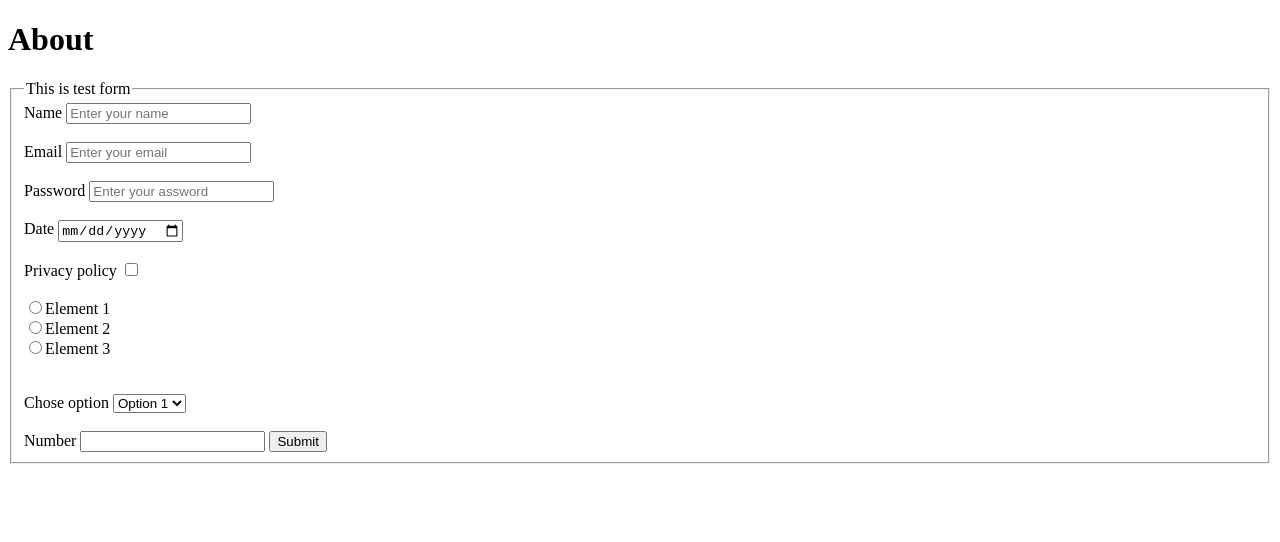
Repository: fisikusari/test-repo
Page: about.html
The author's editor kept a copy of each file at every save. The page is drawn from the files as they stood at one save, then again after a run of saves.
The browser window is 1280 px wide. The pictures show the whole page.

Above is the page before, as saved 2021-11-11 19:42:25.

### about.html
<!DOCTYPE html>
<html lang="en">

<head>
  <meta charset="UTF-8">
  <meta http-equiv="X-UA-Compatible" content="IE=edge">
  <meta name="viewport" content="width=device-width, initial-scale=1.0">
  <title>About</title>
</head>

<body>
  <h1>About</h1>
  <!--Form Starts here-->
  <form action="">
    <!--Fieldset Starts here-->
    <fieldset>
      <legend>This is test form</legend>
      <label for="name">Name</label>
      <input type="text" id="name" name="emri" placeholder="Enter your name" /><br><br>
      <label for="email">Email</label>
      <input type="email" name="email" id="email" placeholder="Enter your email" /><br></br>
      <label for="password">Password</label>
      <input type="password" name="password" id="password" placeholder="Enter your assword"><br><br>
      <label for="date">Date</label>
      <input type="date" name="date" id="date"><br><br>
      <label for="privacy_policy">Privacy policy</label>
      <input type="checkbox" name="privacy_policy" id="privacy_policy"> <br></br>
      <label for="radio_item_1">
        <input type="radio" name="default_name" value="1">Element 1 <br>
        <input type="radio" name="default_name" value="2">Element 2 <br>
        <input type="radio" name="default_name" value="3">Element 3 <br>
      </label>
      <br><br>
      <label for="options">Chose option</label>
      <select name="options" id="options">
        <option value="1">Option 1</option>
        <option value="2">Option 2</option>
        <option value="3">Option 3</option>
      </select>
      <input type="hidden" name="hidden" value="xyz123K">
      <br><br>
      <label for="number">Number</label>
      <input type="number" name="number" id="number">
      <input type="submit" value="Submit">
    </fieldset>
    <!--Fieldset Ends here-->
  </form>
  <!--Form Ends here-->
</body>

</html>

After the next 2 saves:
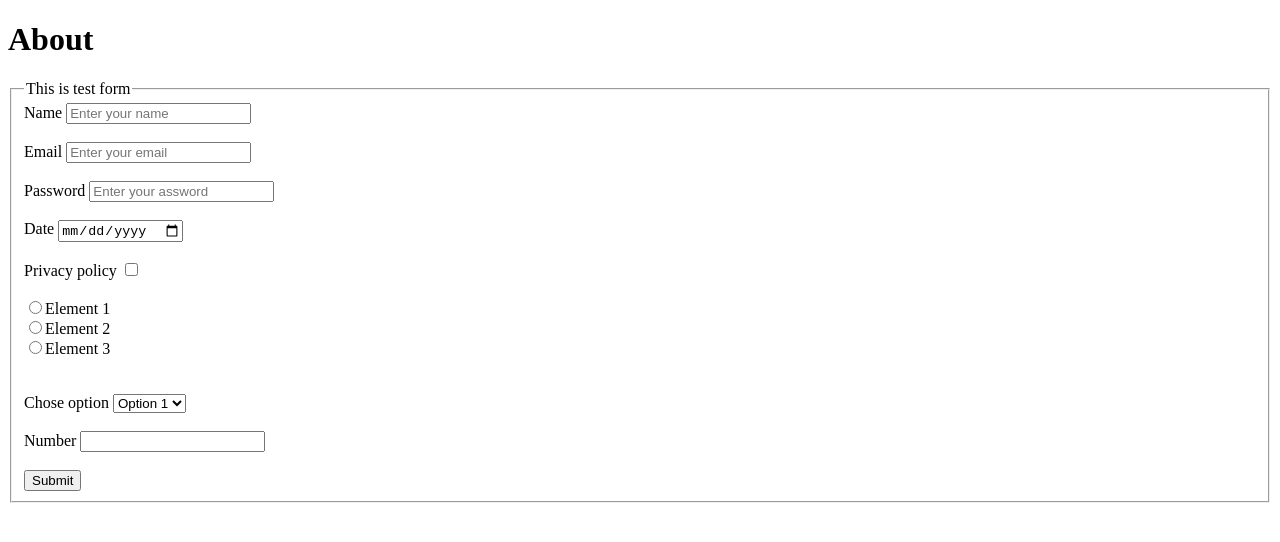
The 2 saves are shown as one change because they came seconds apart.
The last was saved 22 s later.
--- a/about.html
+++ b/about.html
@@ -40,7 +40,7 @@
       <input type="hidden" name="hidden" value="xyz123K">
       <br><br>
       <label for="number">Number</label>
-      <input type="number" name="number" id="number">
+      <input type="number" name="number" id="number"> <br><br>
       <input type="submit" value="Submit">
     </fieldset>
     <!--Fieldset Ends here-->
